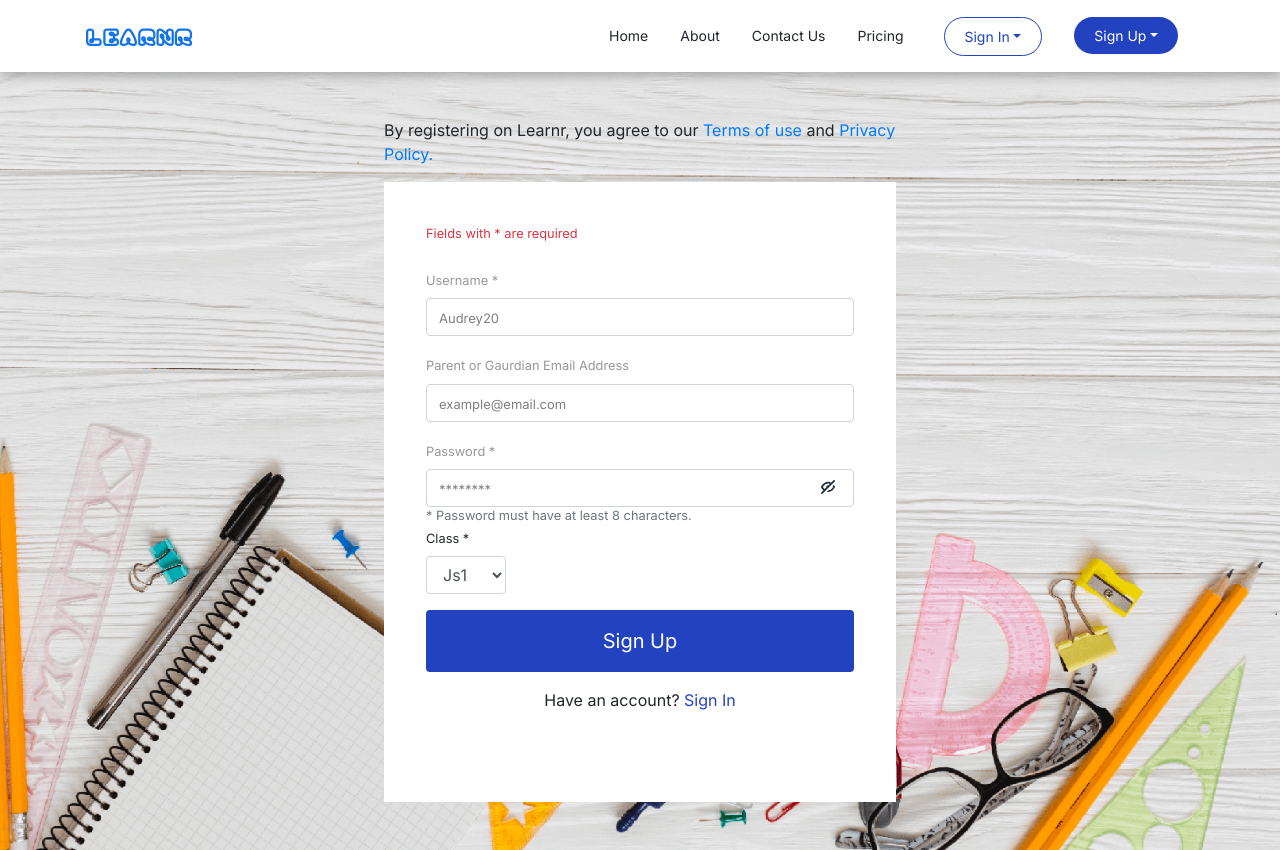
Repository: LearnrApp/Learnr-web-app-FE
Page: /students/signup
The author's editor kept a copy of each file at every save. The page is drawn from the files as they stood at one save, then again after the next save.
The browser window is 1280 px wide. The pictures show the whole page.
The project was rebuilt for these pictures with package versions that can differ from the ones it lists, and the page was loaded fresh each time. Also part of the build but not shown: src/components/Footer.js, src/components/Header/Button.js, src/components/Header/Background.js, src/components/SubjectCard.js, src/components/classSelect/WelcomeJs1.js, src/components/classSelect/WelcomeJs2.js, src/components/classSelect/WelcomeJs3.js, src/components/classSelect/WelcomeSs1.js and 43 more.

Above is the page before, as saved 2020-08-13 12:02:37.

After the next save:
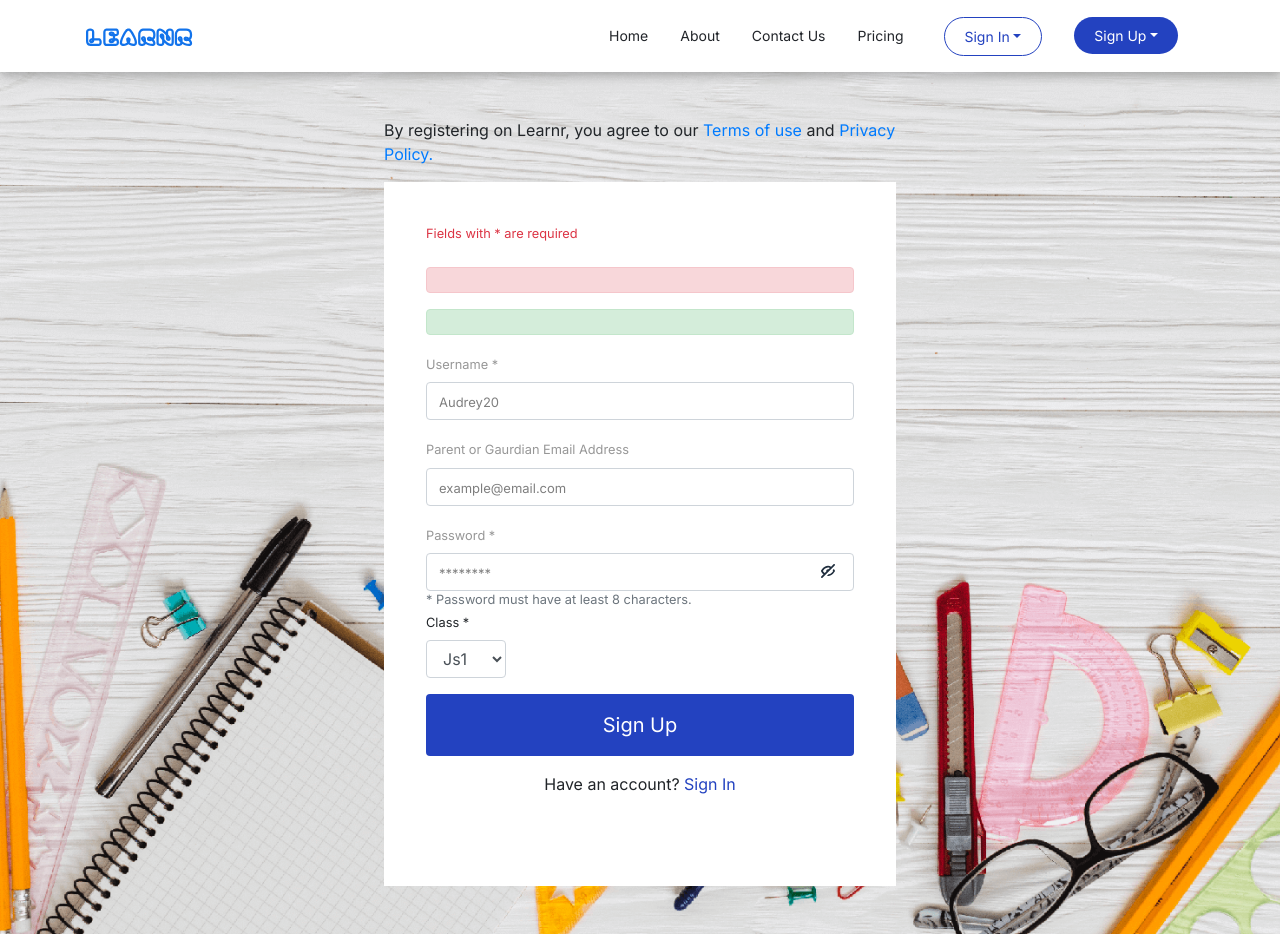
Saved 6 min 5 s later.
--- a/src/pages/student/StudentSignup.js
+++ b/src/pages/student/StudentSignup.js
@@ -6,6 +6,8 @@ import Button from 'react-bootstrap/Button'
 import '../../styles/Sign.css'
 import { Link } from 'react-router-dom'
 import { StudentRegister } from '../../components/Utils/RegisterUtils'
+import {Alert} from "reactstrap";
+
 
 
 const StudentSignup = () => {
@@ -113,7 +115,8 @@ const StudentSignup = () => {
                 </Form.Group> */}
 
                 <Form.Group controlId="">
-                  <div id="status-message" className="msg-show"></div>
+                  <Alert color="danger" id="status-message-error" className="msg-show"></Alert>
+                  <Alert color="success" id="status-message-success" className="msg-show"></Alert>
                   <Form.Label style={{color: '#979797'}} className="small">Username *</Form.Label>
                   <Form.Control id="username" type="text" placeholder="Audrey20" />
                 </Form.Group>
